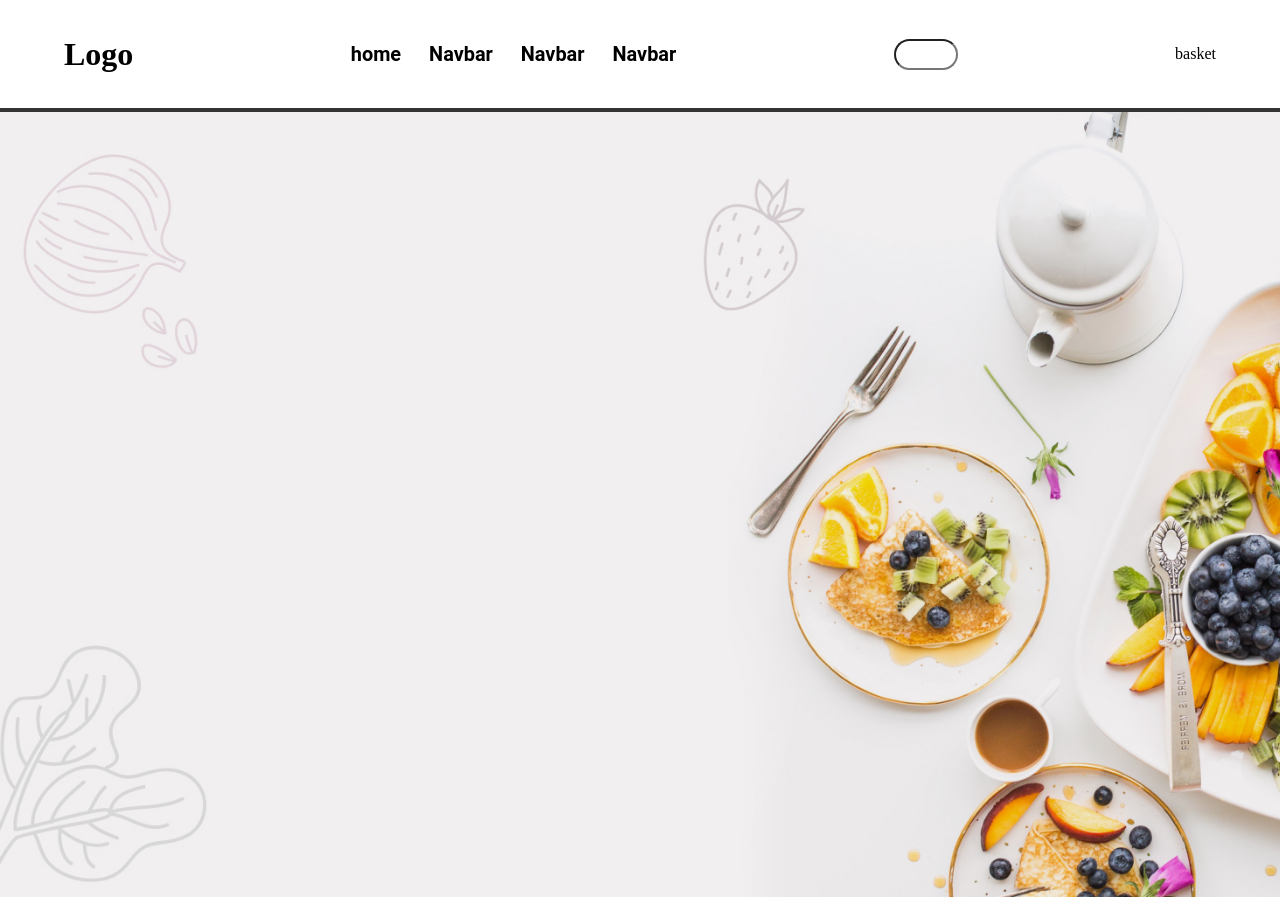
Repository: Islam432/Islam-and-Arsi---team
Page: /
The author's editor kept a copy of each file at every save. The page is drawn from the files as they stood at one save, then again after a run of saves.
The browser window is 1280 px wide. The pictures show the whole page.
The pointer rests on the first visible `input`.
The project was rebuilt for these pictures with package versions that can differ from the ones it lists, and the page was loaded fresh each time. Also part of the build but not shown: vite.config.js, src/App.css, src/components/Comp/Comp.jsx.

Above is the page before, as saved 2023-03-11 23:42:24.

### src/main.jsx
import React from "react";
import ReactDOM from "react-dom/client";
import App from "./App";
import "./index.css";
import { BrowserRouter } from "react-router-dom";


ReactDOM.createRoot(document.getElementById("root")).render(
  <React.StrictMode>

      <BrowserRouter>
        <App />
      </BrowserRouter>

  </React.StrictMode>
);

### src/App.jsx
import { useState } from "react";
import reactLogo from "./assets/react.svg";
import "./App.css";
import { Route, Routes } from "react-router-dom";
import { Layout } from "./components/Layout";
import { Home } from "./components/Home/Home";
import { Comp } from "./components/Comp/Comp";

function App() {
  return (

    <Layout>  <Routes>
    <Route path="/" element = {<Home/>}/>
    <Route path="/comp" element= {<Comp/>} />
  </Routes></Layout>

  );
}

export default App;

### src/components/Layout/index.jsx
import React from 'react'
import { Navbar } from '../Navbar/Navbar'

export const Layout = ({children}) => {
  return (
  <>
 <Navbar/>
  <main>{children}</main>
  </>
  )
}

### src/components/Home/Home.jsx
import React from 'react'
import styles from './Home.module.css'


export const Home = () => {
  return (
    <div className={styles.cont}>
      <div className={styles.blok1}></div>
    </div>
  )
}

### src/components/Navbar/Navbar.jsx
import React from "react";
import { NavLink } from "react-router-dom";
import styles from "./Navbar.module.css";

export const Navbar = () => {
  return (
    <div className={styles.cont}>
      <form className={styles.allnav}>
        <h1>Logo</h1>

        <div className={styles.navbar}>
          <NavLink to={'/'} className={styles.NavLink}>
            <h3>home</h3>
          </NavLink>
          <NavLink to={'/comp'} className={styles.NavLink}>
            <h3>Navbar</h3>
          </NavLink>
          <NavLink className={styles.NavLink}>
            <h3>Navbar</h3>
          </NavLink>
          <NavLink className={styles.NavLink}>
            <h3>Navbar</h3>
          </NavLink>

        </div>

        <div className={styles.inputblok}>
          <input type="text" placeholder="serch" />
        </div>

        <div>basket</div>
      </form>
    </div>
  );
};

### src/components/Home/Home.module.css
.cont{
    margin: 0;



}
.blok1{
    background-image: url('./Banner.jpg');
  width: 100%;
 object-fit: cover;
min-height: 110vh;

    background-size: cover;
}

### src/components/Navbar/Navbar.module.css
.cont {
    margin: 0;
  display: flex;
  align-items: center;
  justify-content: center;
  height: 15vh;
  background: #ffffff;
border-bottom: 4px solid #333;
}

.allnav {
  display: flex;
  align-items: center;
  justify-content: space-between;
  width: 90%;
  height: 10vh;

}
.navbar {
  display: flex;
  justify-content: space-around;
  align-items: center;
  gap: 28px;

  font-family: Roboto;
  font-style: Bold;
  font-size: 17px;

}
.NavLink{
    text-decoration: none;
    color: rgb(0, 0, 0);
}
input{
  font-size: 15px;
  outline: none;
  padding: 5px;
  transition: all 0.5s ease-in, box-shadow 0.6s ease-in;
 width: 50px;
 cursor: pointer;

 border-radius: 100px;
}
input::placeholder{
  opacity: 0;
  color: #0f2a5f;
  transition: 1.1s linear;
}

input:hover{
  transition: all 0.2s ease-in ;
  box-shadow: 0px 0px 40px rgba(26, 51, 161, 0,5);
}
input:focus::placeholder{
  opacity: 1;
  transition: 1.1s linear;
}
input:focus,
input:not(:placeholder-shown){
  padding: 10px 20px;
  border-radius: 1000px;
  width: 150px;
  transition:  all 0.8s ease-out;
  box-shadow: 0px 0px 40px rgba(26, 51, 161, 0,5);
}

Loaded but not shown: index.html (common file); src/index.css (common file)

After the next 4 saves:
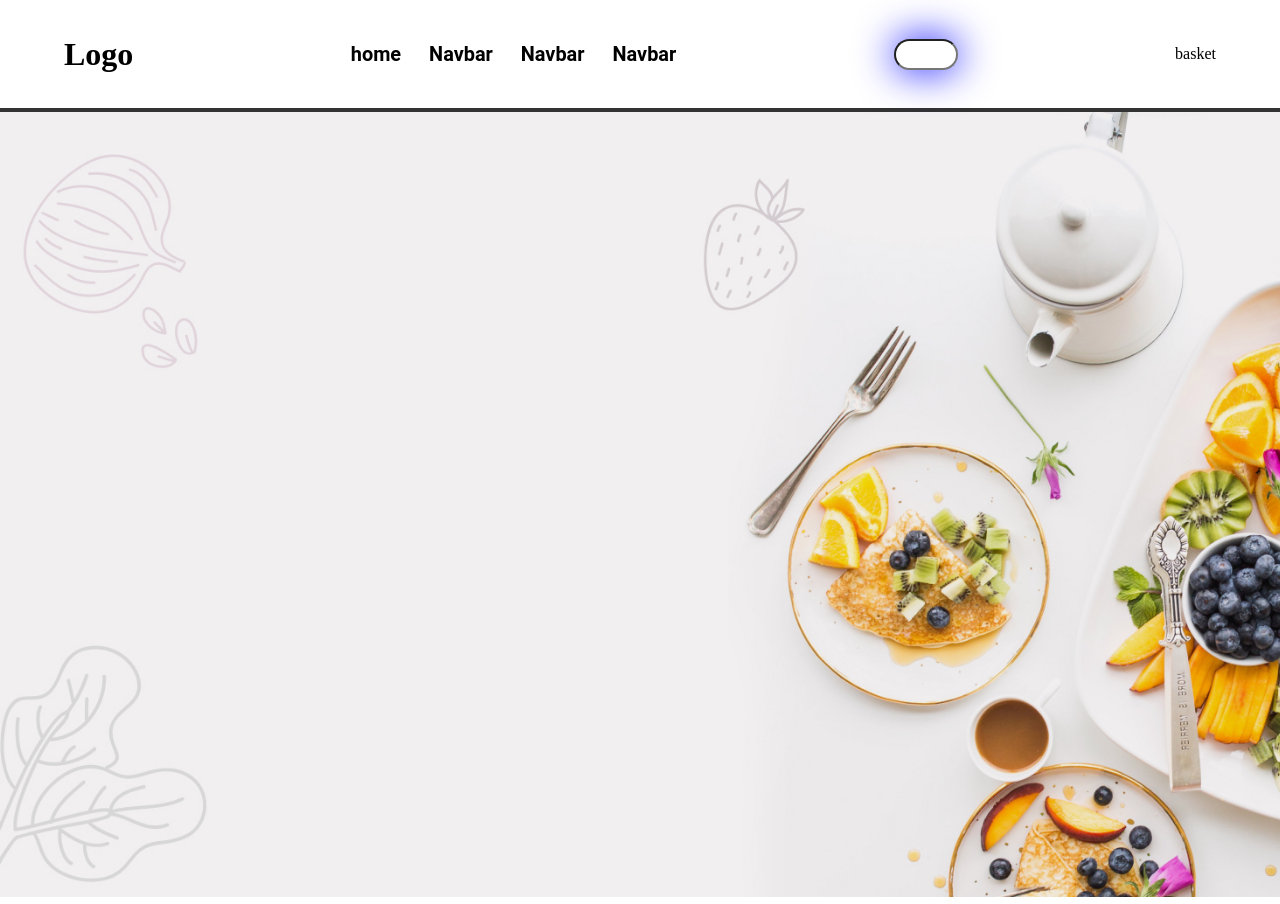
The 4 saves are shown as one change because they came seconds apart.
The last was saved 42 s later.
--- a/src/components/Navbar/Navbar.module.css
+++ b/src/components/Navbar/Navbar.module.css
@@ -49,7 +49,7 @@ input::placeholder{
 
 input:hover{
   transition: all 0.2s ease-in ;
-  box-shadow: 0px 0px 40px rgba(26, 51, 161, 0,5);
+  box-shadow: 0px 0px 40px blue;
 }
 input:focus::placeholder{
   opacity: 1;
